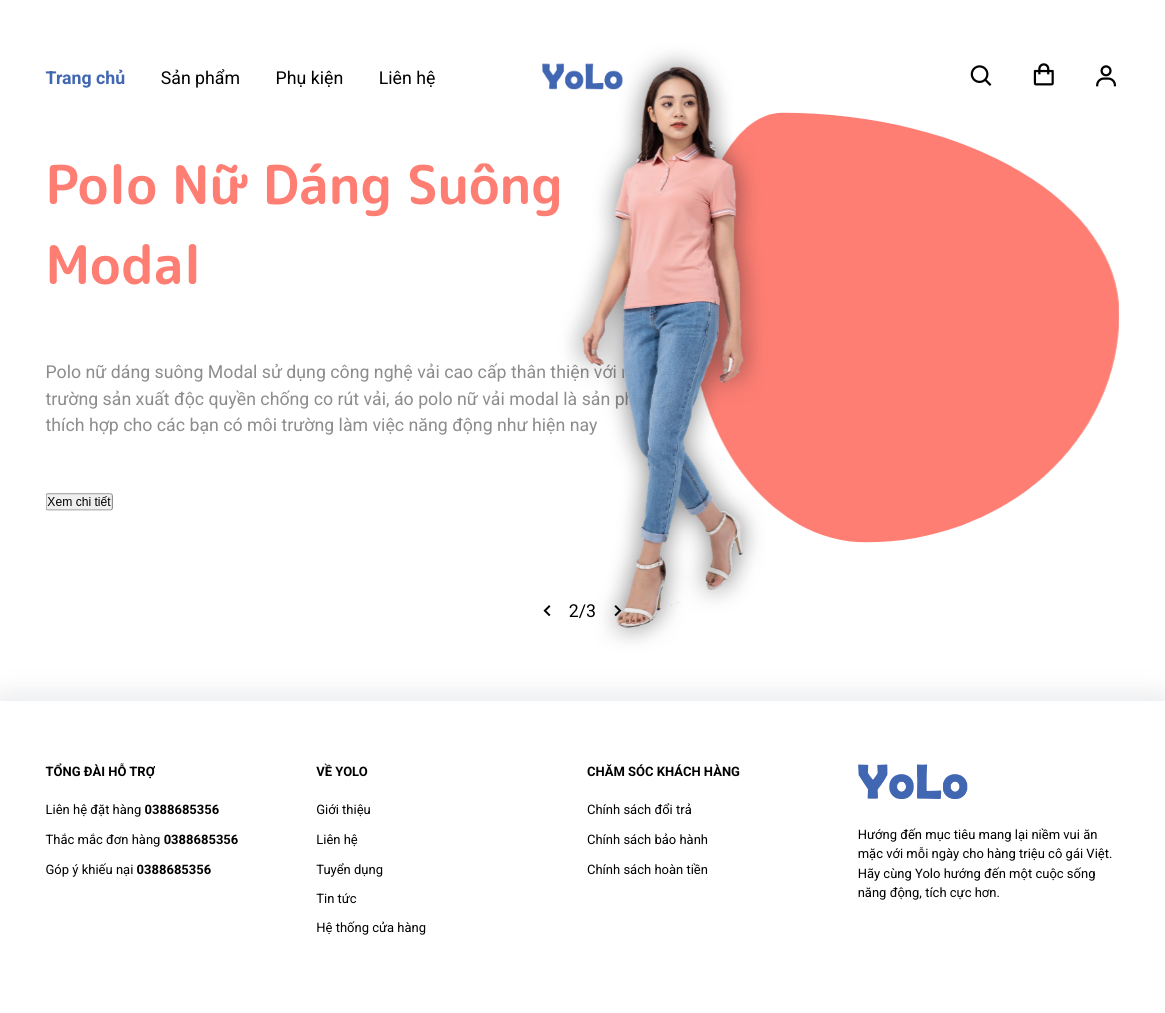
Repository: NguyenThanhBinh1210/Binh-React
Page: / (app in yoloshop/)
The author's editor kept a copy of each file at every save. The page is drawn from the files as they stood at one save, then again after the next save.
The browser window is 1280 px wide. The pictures show the whole page, at 91% of full size.
The project was rebuilt for these pictures with package versions that can differ from the ones it lists, and the page was loaded fresh each time. A package was used in the major version that the imports need, not the one package.json lists. Also part of the build but not shown: yoloshop/src/pages/Product.jsx, yoloshop/src/pages/Catalog.jsx, yoloshop/src/pages/Cart.jsx, yoloshop/src/pages/Accessory.jsx, yoloshop/src/pages/Contact.jsx.

Above is the page before, as saved 2021-11-25 16:12:08.

### yoloshop/src/index.js
import React from 'react'
import ReactDOM from 'react-dom'
import Layout from './components/Layout'
import reportWebVitals from './reportWebVitals'
import './assets/boxicons-2.0.7/css/boxicons.min.css'
import './sass/index.scss'

ReactDOM.render(
	<React.StrictMode>
		<Layout />
	</React.StrictMode>,
	document.getElementById('root')
)

// If you want to start measuring performance in your app, pass a function
// to log results (for example: reportWebVitals(console.log))
// or send to an analytics endpoint. Learn more: https://bit.ly/CRA-vitals
reportWebVitals()

### yoloshop/src/components/Layout.jsx
import React from 'react'
import { BrowserRouter, Route } from 'react-router-dom'
import Header from './Header'
import Footer from './Footer'
import Routess from '../routes/Routess'

export default function Layout() {
	return (
		<BrowserRouter>
			<Route
				render={props => (
					<div>
						<Header {...props} />
						<div className="container">
							<div className="main">
								<Routess />
							</div>
						</div>
						<Footer />
					</div>
				)}
			/>
		</BrowserRouter>
	)
}

### yoloshop/src/sass/index.scss
@import './variables';
@import './mixins';
@import './base.scss';

@import './components/header';
@import './components/footer';
@import './components/hero-slider.scss';

### yoloshop/src/components/Header.jsx
import React, { useEffect, useRef } from 'react'
import logo from '../assets/images/Logo-2.png'
import { Link, useLocation } from 'react-router-dom'

const mainNav = [
	{
		display: 'Trang chủ',
		path: '/'
	},
	{
		display: 'Sản phẩm',
		path: '/catalog'
	},
	{
		display: 'Phụ kiện',
		path: '/accessories'
	},
	{
		display: 'Liên hệ',
		path: '/contact'
	}
]
export default function Header() {
	const { pathname } = useLocation()
	const activeNav = mainNav.findIndex(e => e.path === pathname)
	const headerRef = React.useRef(null)

	useEffect(() => {
		window.addEventListener('scroll', () => {
			if (
				document.body.scrollTop > 80 ||
				document.documentElement.scrollTop > 80
			) {
				headerRef.current.classList.add('shrink')
			} else {
				headerRef.current.classList.remove('shrink')
			}
		})
		return () => {
			window.removeEventListener('scroll')
		}
	}, [])

	const menuLeft = useRef(null)

	const menuToggle = () => menuLeft.current.classList.toggle('active')

	return (
		<div className="header" ref={headerRef}>
			<div className="container">
				<div className="header__logo">
					<Link to="/">
						<img src={logo} alt="logo" />
					</Link>
				</div>
				<div className="header__menu">
					<div className="header__menu__mobile-toggle" onClick={menuToggle}>
						<i class="bx bx-menu-alt-left"></i>
					</div>
					<div className="header__menu__left" ref={menuLeft}>
						<div className="header__menu__left__close" onClick={menuToggle}>
							<i class="bx bx-chevron-left"></i>
						</div>
						{mainNav.map((item, index) => (
							<div
								key={index}
								className={`header__menu__item  header__menu__left__item ${
									index === activeNav ? 'active' : ''
								}`}
								onClick={menuToggle}
							>
								<Link to={item.path}>
									<span>{item.display}</span>
								</Link>
							</div>
						))}
					</div>
					<div className="header__menu__right">
						<div className="header__menu__item header__menu__right__item">
							<i class="bx bx-search"></i>
						</div>
						<div className="header__menu__item header__menu__right__item">
							<Link to="/cart">
								<i class="bx bx-shopping-bag"></i>
							</Link>
						</div>
						<div className="header__menu__item header__menu__right__item">
							<i class="bx bx-user"></i>
						</div>
					</div>
				</div>
			</div>
		</div>
	)
}

### yoloshop/src/components/Footer.jsx
import React from 'react'
import { Link } from 'react-router-dom'
import Grid from './Grid'
import logo from '../assets/images/Logo-2.png'

const footerAboutLinks = [
	{
		display: 'Giới thiệu',
		path: '/about'
	},
	{
		display: 'Liên hệ',
		path: '/contact'
	},
	{
		display: 'Tuyển dụng',
		path: '/about'
	},
	{
		display: 'Tin tức',
		path: '/about'
	},
	{
		display: 'Hệ thống cửa hàng',
		path: '/about'
	}
]

const footerCustomLinks = [
	{
		display: 'Chính sách đổi trả',
		path: '/about'
	},

	{
		display: 'Chính sách bảo hành',
		path: '/about'
	},

	{
		display: 'Chính sách hoàn tiền',
		path: '/about'
	}
]

export default function Footer() {
	return (
		<footer className="footer">
			<div className="container">
				<Grid col={4} mdCol={2} smCol={1} gap={10}>
					<div>
						<div className="footer__title">Tổng đài hỗ trợ</div>
						<div className="footer__content">
							<p>
								Liên hệ đặt hàng <strong> 0388685356</strong>
							</p>
							<p>
								Thắc mắc đơn hàng <strong> 0388685356</strong>
							</p>
							<p>
								Góp ý khiếu nại <strong> 0388685356</strong>
							</p>
						</div>
					</div>
					<div>
						<div className="footer__title">Về Yolo</div>
						<div className="footer__content">
							{footerAboutLinks.map((item, i) => (
								<p key={i} className="">
									<Link to={item.path}>{item.display}</Link>
								</p>
							))}
						</div>
					</div>
					<div>
						<div className="footer__title">Chăm sóc khách hàng</div>
						<div className="footer__content">
							{footerCustomLinks.map((item, i) => (
								<p key={i} className="">
									<Link to={item.path}>{item.display}</Link>
								</p>
							))}
						</div>
					</div>
					<div className="footer__about">
						<p>
							<Link to="/">
								<img src={logo} className="footer__logo" alt="logo" />
							</Link>
						</p>
						<p>
							Hướng đến mục tiêu mang lại niềm vui ăn mặc với mỗi ngày cho hàng
							triệu cô gái Việt. Hãy cùng Yolo hướng đến một cuộc sống năng
							động, tích cực hơn.
						</p>
					</div>
				</Grid>
			</div>
		</footer>
	)
}

### yoloshop/src/routes/Routess.jsx
import React from 'react'
import { Switch, Route } from 'react-router-dom'
import Home from '../pages/Home'
import Product from '../pages/Product'
import Catalog from '../pages/Catalog'
import Cart from '../pages/Cart'
import Accessory from '../pages/Accessory'
import Contact from '../pages/Contact'

const Routess = () => {
	return (
		<Switch>
			<Route path="/" exact component={Home}></Route>
			<Route path="/catalog/:slug" component={Product}></Route>
			<Route path="/catalog" component={Catalog}></Route>
			<Route path="/cart" component={Cart}></Route>
			<Route path="/accessories" component={Accessory}></Route>
			<Route path="/contact" component={Contact}></Route>
		</Switch>
	)
}

export default Routess

### yoloshop/src/sass/_variables.scss
$main-bg: #fff;
$main-color: #4267b2;

$txt-main-color: #000000;
$txt-second-color: #8d8d8d;
$txt-white: #fff;

$btn-main-bg: $main-color;
$btn-main-color: #fff;

$header-height: 170px;
$header-tablet-height: 70px;
$header-mobile-height: 40px;
$header-shrink-height: 70px;

$box-shadow: rgba(149, 157, 165, 0.2) 0px 0px 24px 8px;

$colors: (
	'blue': #4267b2,
	'orange': #fbb96b,
	'pink': #fe7e73,
	'white': #fff,
	'black': #000,
	'main': $main-color
);

$mobile-width: 600px;
$tablet-width: 1024px;

$numbers: (0, 1, 2, 3, 4, 5, 6, 7, 8);

### yoloshop/src/sass/_mixins.scss
@mixin flex($align-item, $justify-content) {
	display: flex;
	align-items: $align-item;
	justify-content: $justify-content;
}

@mixin mobile {
	@media only screen and (max-width: $mobile-width) {
		@content;
	}
}
@mixin tablet {
	@media only screen and (max-width: $tablet-width) {
		@content;
	}
}

### yoloshop/src/sass/_base.scss
@import url('https://fonts.googleapis.com/css2?family=Roboto:ital,wght@0,100;0,300;0,400;0,500;0,700;0,900;1,100;1,300;1,400;1,500;1,700;1,900&display=swap');

@import url('https://fonts.googleapis.com/css2?family=M+PLUS+Rounded+1c:wght@100;300;400;500;700;800;900&display=swap');

* {
	padding: 0;
	margin: 0;
	box-sizing: border-box;
	-webkit-tap-highlight-color: transparent;
	user-select: none;
}

html {
	font-size: 13px;
}

body {
	font-family: 'Roboto', sans-serif;
}

ul {
	list-style-type: none;
}

a {
	text-decoration: none;
	color: unset;
}

@each $color, $val in $colors {
	.color-#{$color} {
		color: $val;
	}

	.bg-#{$color} {
		background-color: $val;
	}
}

@each $val in $numbers {
	.grid-col-#{$val} {
		grid-template-columns: repeat($val, 1fr);
	}
}

@each $val in $numbers {
	.grid-col-md-#{$val} {
		@include tablet {
			grid-template-columns: repeat($val, 1fr);
		}
	}
}

@each $val in $numbers {
	.grid-col-sm-#{$val} {
		@include mobile {
			grid-template-columns: repeat($val, 1fr);
		}
	}
}

.container {
	width: 100%;
	max-width: 1620px;
	padding: 0 50px;
	margin: auto;

	@include tablet {
		padding: 0 20px;
	}

	@include mobile {
		padding: 0 10px;
	}
}

.main {
	margin-top: $header-height;
	margin-bottom: 2rem;
	min-height: 100vh;

	@include tablet {
		margin-top: calc(#{$header-tablet-height} + 20px);
	}
	@include mobile {
		margin-top: calc(#{$header-mobile-height} + 10px);
	}
}

.grid {
	display: grid;
}

### yoloshop/src/sass/components/_header.scss
.header {
	background-color: $main-bg;
	position: fixed;
	top: 0;
	left: 0;
	width: 100%;
	z-index: 99;
	height: $header-height;
	transition: height 0.3s ease;

	@include tablet {
		height: $header-tablet-height;
		box-shadow: $box-shadow;
	}
	@include mobile {
		height: $header-mobile-height;
	}

	.container {
		height: 100%;
	}

	&.shrink {
		height: $header-shrink-height;
		box-shadow: $box-shadow;
		z-index: 10001;
	}

	&__logo {
		@include flex(center, center);
		position: absolute;
		inset: 0;
		pointer-events: none;

		img {
			height: 28px;
		}
	}

	&__menu {
		@include flex(center, space-between);
		height: 100%;
		font-size: 1.5rem;

		&__item ~ &__item {
			margin-left: 39px;
			@include tablet {
				margin-left: 20px;
			}
			@include mobile {
				margin-left: 10px;
			}
		}
		&__item.active {
			font-weight: 600;
			color: $main-color;
		}
		&__item:hover {
			color: $main-color;
		}
		&__left,
		&__right {
			@include flex(center, center);
			height: 100%;
		}

		&__right {
			font-size: 2.25rem;
			&__item {
				@include flex(center, center);
			}
			@include mobile {
				font-size: 1.5rem;
			}
		}

		&__left {
			&__close {
				display: none;
			}

			@include tablet {
				flex-direction: column;
				background-color: $main-bg;
				position: absolute;
				left: 0;
				top: 0;
				width: 100%;
				height: 100vh;
				justify-content: flex-start;
				padding-top: 30px;
				transform: translateX(-100%);
				transition: transform 0.5s ease;

				&.active {
					transform: translateX(0);
				}

				&__item ~ &__item {
					margin-left: unset;
					margin-top: 20px;
				}
				&__close {
					display: block;
					position: absolute;
					left: 20px;
					font-size: 2.5rem;
				}
			}
		}
		&__mobile-toggle {
			display: none;

			@include tablet {
				display: block;
				font-size: 2.5rem;
			}
		}
	}
}

### yoloshop/src/sass/components/_footer.scss
.footer {
	padding: 70px 0;
	box-shadow: $box-shadow;
	font-size: 1.1rem;
	a:hover {
		color: $main-color;
	}
	&__logo {
		height: 38px;
	}
	&__about {
		p {
			margin-bottom: 2rem;
		}
		p:not(:first-child) {
			line-height: 1.5;
		}
	}
	&__title {
		text-transform: uppercase;
		margin-bottom: 2rem;
		font-weight: 600;
	}
	&__content {
		p {
			margin-bottom: 1.25rem;
		}
	}
}

### yoloshop/src/sass/components/_hero-slider.scss
.hero-slider {
	height: 100vh;
	max-height: 1080px;
	overflow: hidden;
	position: relative;
	margin-bottom: 50px;
	margin-top: calc(#{$header-height} * -1);
	@include tablet {
		margin-top: calc(#{$header-tablet-height} * -1);
	}
	@include mobile {
		margin-top: calc(#{$header-mobile-height} * -1);
	}
	&__item {
		@include flex(center, space-between);
		opacity: 0;
		visibility: hidden;
		pointer-events: none;
		position: absolute;
		inset: 0;
		&.active {
			opacity: 1;
			visibility: visible;
			pointer-events: visible;
		}
		&__info {
			width: 58.33%;
			&__title,
			&__description {
				margin-bottom: 60px;

				@include tablet {
					margin-bottom: 15px;
				}
			}
			&__title {
				font-family: 'M Plus Rounded 1c', sans-serif;
				font-weight: 600;
				font-size: 4.5rem;
				line-height: 6.75rem;
				overflow: hidden;
			}
			&__description {
				color: $txt-second-color;
				font-size: 1.5rem;
				line-height: 2.25rem;
				overflow: hidden;
			}
			&__btn {
				overflow: hidden;
			}
		}
		&__image {
			flex-grow: 1;
			position: relative;
			height: 100%;
			z-index: 1000;
			pointer-events: none;
			img {
				height: 100vh;
				position: absolute;
				bottom: 0;
				left: -50%;
			}
			.shape {
				$size: 472px;
				height: $size;
				width: $size;
				position: absolute;
				right: 0;
				top: 50%;
				border-radius: 30% 70% 70% 30% / 30% 30% 70% 70%;
				transform: translate(0, -50%);
				transition: border-radius 13s ease;
				animation: border 10s infinite forwards;
			}
		}
	}
	&__control {
		@include flex(center, center);
		position: absolute;
		bottom: 5%;
		left: 50%;
		transform: translateX(-50%);

		&__item ~ &__item {
			margin-left: 10px;
		}
		&__item {
			@include flex(center, center);
			font-size: 2rem;
			cursor: pointer;

			&:hover {
				color: $main-color;
			}
			.index {
				font-size: 1.5rem;
			}
		}
	}
}

@keyframes border {
	0% {
		border-radius: 30% 70% 70% 30% / 30% 30% 70% 70%;
	}
	50% {
		border-radius: 20% 80% 59% 41% / 43% 45% 55% 57%;
	}
	100% {
		border-radius: 32% 68% 59% 41% / 53% 59% 41% 47%;
	}
}

### yoloshop/src/components/Grid.jsx
import React from 'react'
import PropTypes from 'prop-types'

const Grid = props => {
	const style = {
		gap: props.gap ? `${props.gap}px` : '0'
	}
	const col = props.col ? `grid-col-${props.col}` : '0'
	const mdCol = props.mdCol ? `grid-col-${props.mdCol}` : '0'
	const smCol = props.smCol ? `grid-col-${props.smCol}` : '0'
	return (
		<div className={`grid ${col} ${mdCol} ${smCol}`} style={style}>
			{props.children}
		</div>
	)
}

Grid.propTypes = {
	col: PropTypes.number.isRequired,
	mdCol: PropTypes.number,
	smCol: PropTypes.number,
	gap: PropTypes.number
}

export default Grid

### yoloshop/src/pages/Home.jsx
import React from 'react'
import heroSliderData from '../assets/fake-data/hero-slider'
import Helmet from '../components/Helmet'
import HeroSlider from '../components/HeroSlider'

const Home = () => {
	return (
		<Helmet title="Trang chủ">
			<HeroSlider
				data={heroSliderData}
				control={true}
				auto={true}
				timeOut={4000}
			/>
		</Helmet>
	)
}

export default Home

### yoloshop/src/assets/fake-data/hero-slider.js
const img1 = require('../images/slider/slide_1.png').default
const img2 = require('../images/slider/slide_2.png').default
const img3 = require('../images/slider/slide_3.png').default

const heroSliderData = [
	{
		title: 'Polo nữ Pima cao cấp',
		description:
			'Nhắc đến sự đẳng cấp là không thể không nhắc đến dòng vải pima. Nó tạo nên chất lượng tốt nhất cho bất kỳ sản phẩm thời trang nào. Sợi vải pima dài và dày hơn sợi cotton thông thường gấp đôi nhờ công nghệ dệt tân tiến. Điều đó làm cho kết cấu áo polo chắc chắn, bền chặt, hạn chế tối đa xù lông, mềm mượt, bền màu, vô cùng đảm bảo sức khoẻ người dùng',
		img: img1,
		color: 'blue',
		path: '/catalog/ao-thun-dinosaur-01'
	},
	{
		title: 'Polo Nữ Dáng Suông Modal',
		description:
			'Polo nữ dáng suông Modal sử dụng công nghệ vải cao cấp thân thiện với môi trường sản xuất độc quyền chống co rút vải, áo polo nữ vải modal là sản phẩm thích hợp cho các bạn có môi trường làm việc năng động như hiện nay',
		img: img2,
		path: '/catalog/ao-thun-dinosaur-02',
		color: 'pink'
	},
	{
		title: 'Polo Nữ Coolmax Lacoste',
		description:
			'Mẫu áo polo nữ được làm bằng chất liệu coolmax đem lại cảm giác mát lạnh khi mặc. Thiết kế mẫu áo polo coolmax này có kiểu dáng cực kỳ thoải mái. Tạo sự gọn gàng hứa hẹn sẽ là mẫu áo polo vô cùng hot trong thời điểm sắp tới',
		img: img3,
		path: '/catalog/ao-thun-dinosaur-03',
		color: 'orange'
	}
]

export default heroSliderData

### yoloshop/src/components/Helmet.jsx
import React from 'react'
import PropTypes from 'prop-types'

const Helmet = props => {
	document.title = 'Yolo - ' + props.title

	return <div>{props.children}</div>
}

Helmet.propTypes = {
	title: PropTypes.string.isRequired
}

export default Helmet

### yoloshop/src/components/HeroSlider.jsx
import React, { useCallback, useEffect, useState } from 'react'
import PropTypes from 'prop-types'
import { Link } from 'react-router-dom'

const HeroSlider = props => {
	const data = props.data
	// const activeSlider = 0
	const [activeSlider, setActiveSlider] = useState(0)

	const nextSlide = useCallback(() => {
		const _index = activeSlider + 1 === data.length - 1 ? 0 : activeSlider + 1
		setActiveSlider(_index)
	}, [activeSlider, data])

	const prevSlide = () => {
		const _index = activeSlider - 1 < 0 ? data.length - 1 : activeSlider - 1
		setActiveSlider(_index)
	}
	const timeOut = props.timeOut ? props.timeOut : 3000

	useEffect(() => {
		if (props.auto) {
			const sliderAuto = setInterval(() => {
				nextSlide()
			}, timeOut)
			return () => {
				clearInterval(sliderAuto)
			}
		}
	}, [nextSlide, timeOut, props])
	return (
		<div className="hero-slider">
			{data.map((item, index) => (
				<HeroSliderItem
					key={index}
					item={item}
					active={index === activeSlider}
				/>
			))}
			{props.control ? (
				<div className="hero-slider__control">
					<div className="hero-slider__control__item" onClick={prevSlide}>
						<i className="bx bx-chevron-left"></i>
					</div>
					<div className="hero-slider__control__item">
						<div className="index">
							{activeSlider + 1}/{data.length}
						</div>
					</div>

					<div className="hero-slider__control__item" onClick={nextSlide}>
						<i className="bx bx-chevron-right"></i>
					</div>
				</div>
			) : null}
		</div>
	)
}

HeroSlider.propTypes = {
	data: PropTypes.array.isRequired,
	control: PropTypes.bool,
	auto: PropTypes.bool,
	timeOut: PropTypes.number
}

const HeroSliderItem = props => (
	<div className={`hero-slider__item ${props.active ? 'active' : ''}`}>
		<div className="hero-slider__item__info">
			<div
				className={`hero-slider__item__info__title color-${props.item.color}`}
			>
				<span> {props.item.title}</span>
			</div>
			<div className="hero-slider__item__info__description">
				<span> {props.item.description}</span>
			</div>
			<div className="hero-slider__item__info__btn">
				<Link to={props.item.path}>
					<button>Xem chi tiết</button>
				</Link>
			</div>
		</div>
		<div className="hero-slider__item__image">
			<div className={`shape bg-${props.item.color}`}></div>
			<img src={props.item.img} alt={props.item.title} />
		</div>
	</div>
)

export default HeroSlider

Loaded but not shown: yoloshop/public/index.html (common file); yoloshop/src/reportWebVitals.js (common file); yoloshop/src/assets/boxicons-2.0.7/css/boxicons.min.css (library)

After the next save:
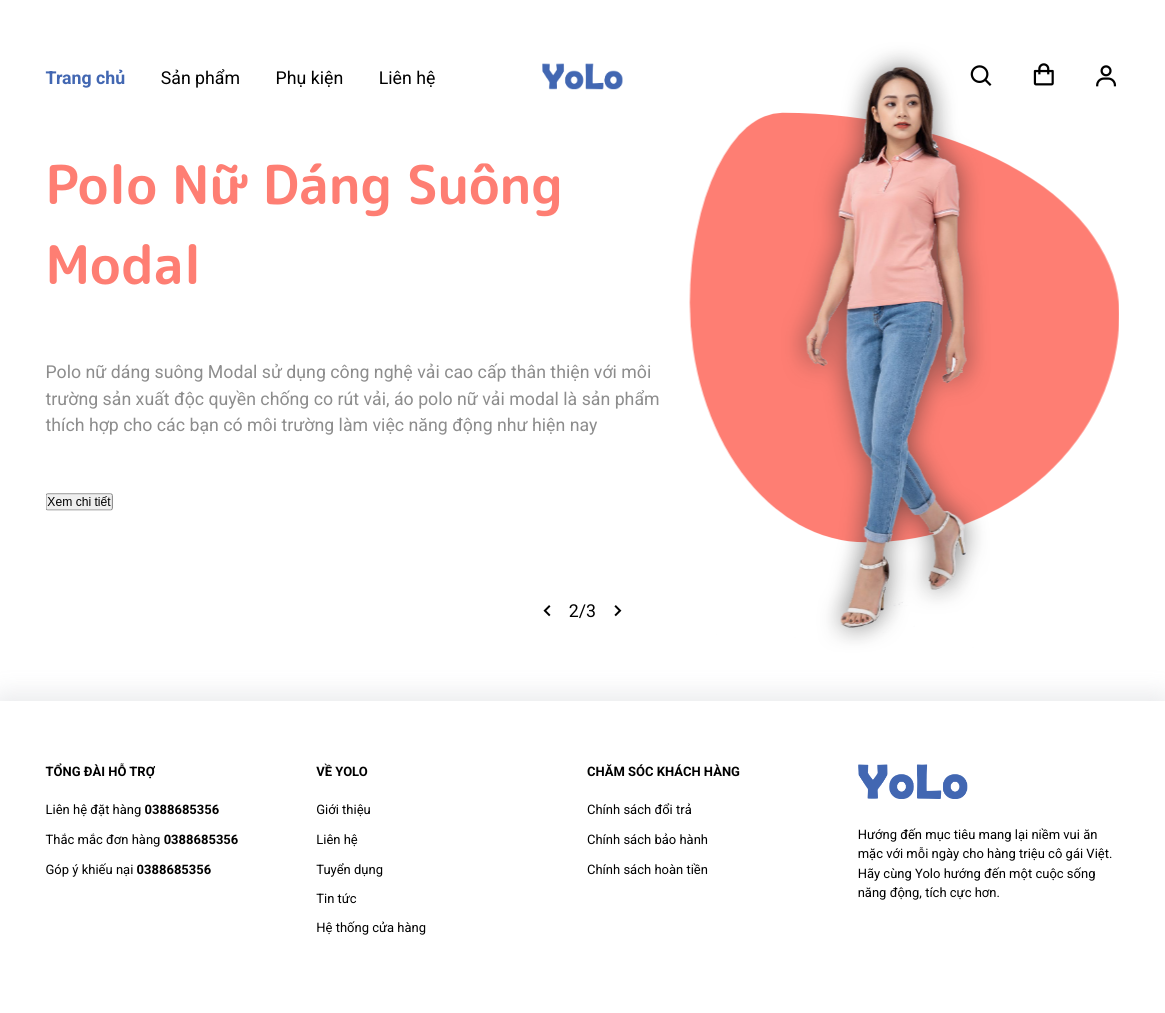
Saved 5 s later.
--- a/yoloshop/src/sass/components/_hero-slider.scss
+++ b/yoloshop/src/sass/components/_hero-slider.scss
@@ -60,7 +60,7 @@
 				height: 100vh;
 				position: absolute;
 				bottom: 0;
-				left: -50%;
+				left: -50;
 			}
 			.shape {
 				$size: 472px;

After the save that followed:
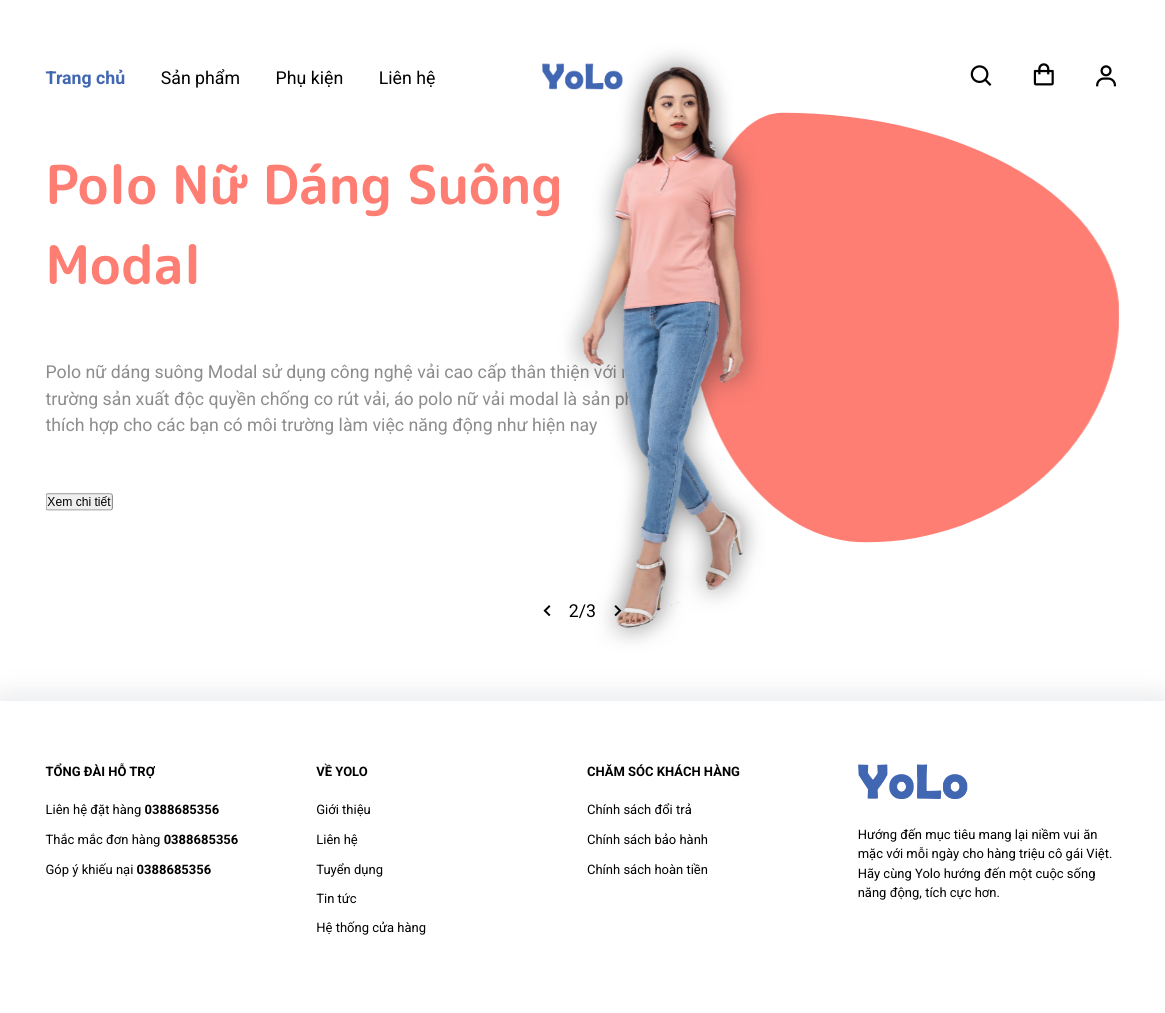
Saved 9 s later.
--- a/yoloshop/src/sass/components/_hero-slider.scss
+++ b/yoloshop/src/sass/components/_hero-slider.scss
@@ -60,7 +60,7 @@
 				height: 100vh;
 				position: absolute;
 				bottom: 0;
-				left: -50;
+				left: -50%;
 			}
 			.shape {
 				$size: 472px;
